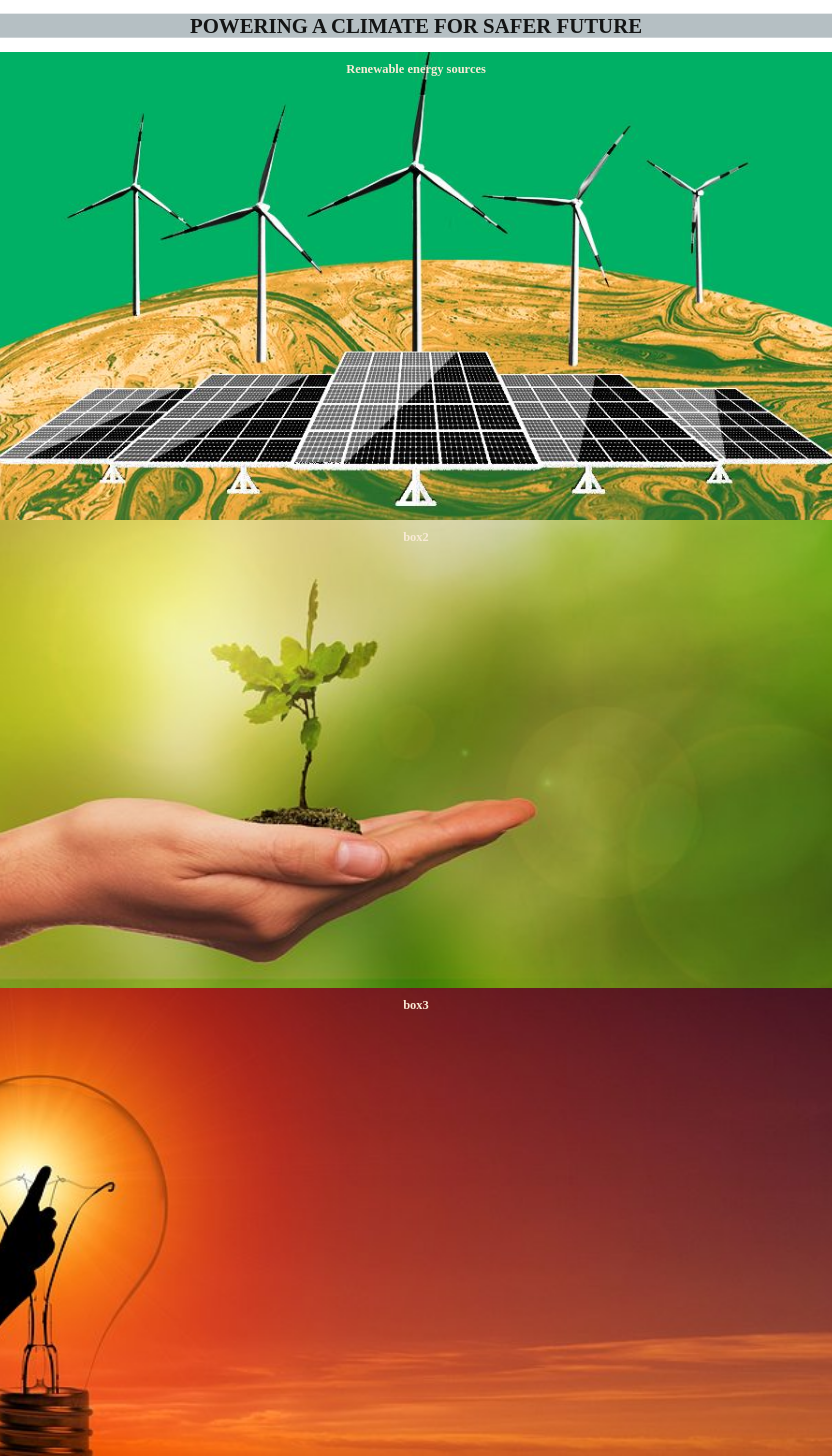
Repository: NavinDayanithi/static-web-design-competition
Page: index.html
These files come from the project's save history. The page is drawn as it stood at one moment and after a run of saves; the edit follows.
The browser window is 1280 px wide. The pictures show the whole page, at 65% of full size.
Backgrounds fixed to the window are drawn as part of the page.

Above is the page before, as saved 2023-04-28 19:49:31.

### index.html
<!DOCTYPE html>
<html lang="en">
<head>
  <title>POWERING CLIMATE </title>
  <link rel="stylesheet" href="styles.css">
</head>
<body>
    <h1 >POWERING A CLIMATE FOR SAFER FUTURE</h1>
    <div class="box1">
        <h2>Renewable energy sources</h2>
    </div>
    <div class="box2">
        <h2>box2</h2>
    </div>
    <div class="box3">
        <h2>box3</h2>
    </div>
</body>
</html>

### styles.css

h1
{
    text-align:center;
    color:rgb(19, 20, 20);
    background-color: rgb(181, 191, 195);

}
h2{
    text-align: center;
    color: antiquewhite;
    font-size: larger;
}

 body{
    margin: 0;
    padding: 0;
    /* background-color: blue; */
}
head{
    text-align: center;
}

.box1{
    height: 100vh;
    width:100%;
    background-image: url(img1.jpg);
    background-size: cover;
    background-position: center;
    display: table;
    background-attachment: fixed;
}

.box2{
    height: 100vh;
    width:100%;
    background-image: url(img2.jpg);
    background-size: cover;
    background-position: center;
    display: table;
    background-attachment: fixed;
}

.box3{
    height: 100vh;
    width:100%;
    background-image: url(img3.jpg);
    background-size: cover;
    background-position: center;
    display: table;
    background-attachment: fixed;
}

After the next 2 saves:
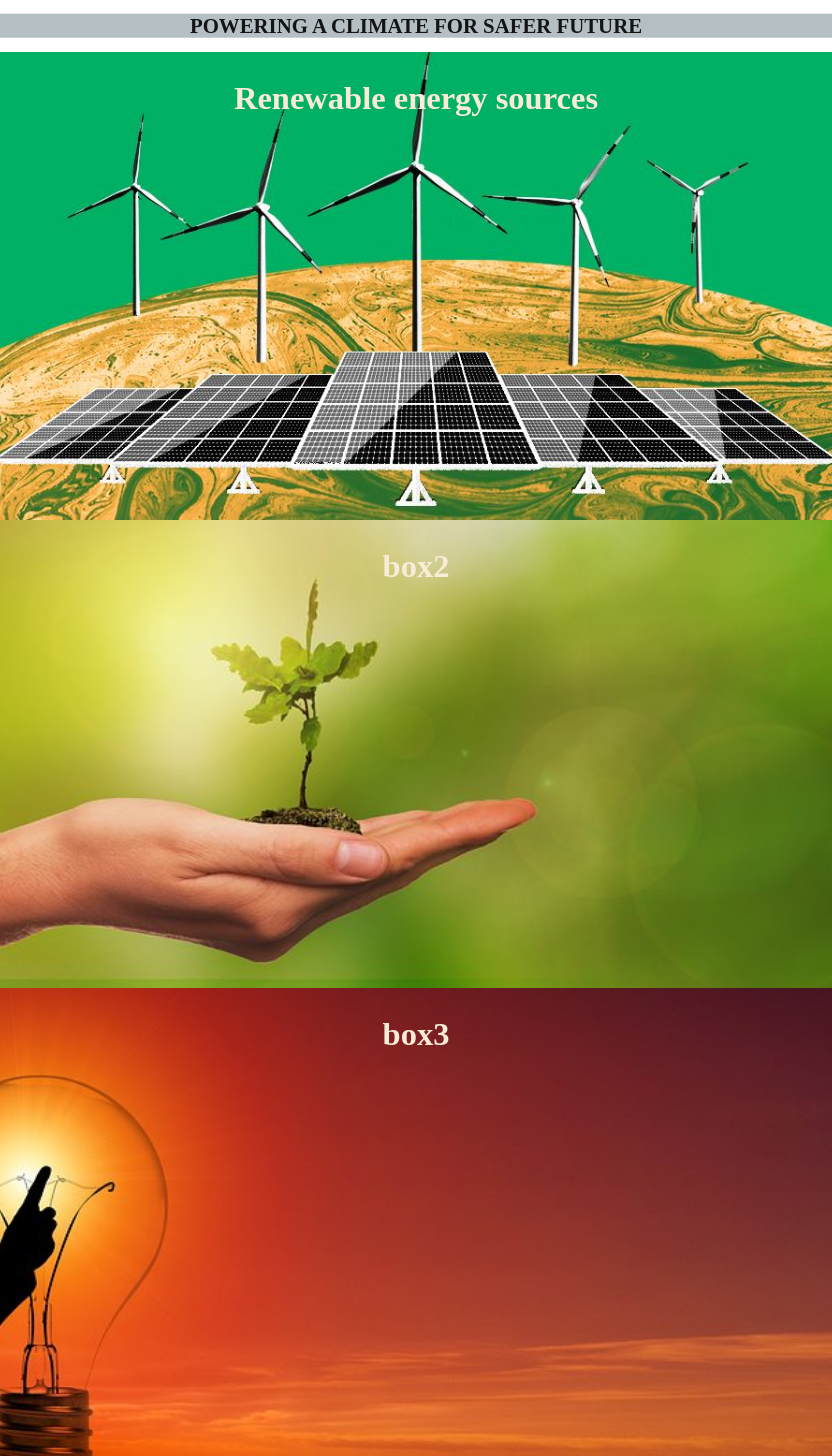
The 2 saves are shown as one change because they came seconds apart.
The last was saved 10 s later.
--- a/styles.css
+++ b/styles.css
@@ -9,7 +9,7 @@ h1
 h2{
     text-align: center;
     color: antiquewhite;
-    font-size: larger;
+    font-size:50px;
 }
 
  body{
